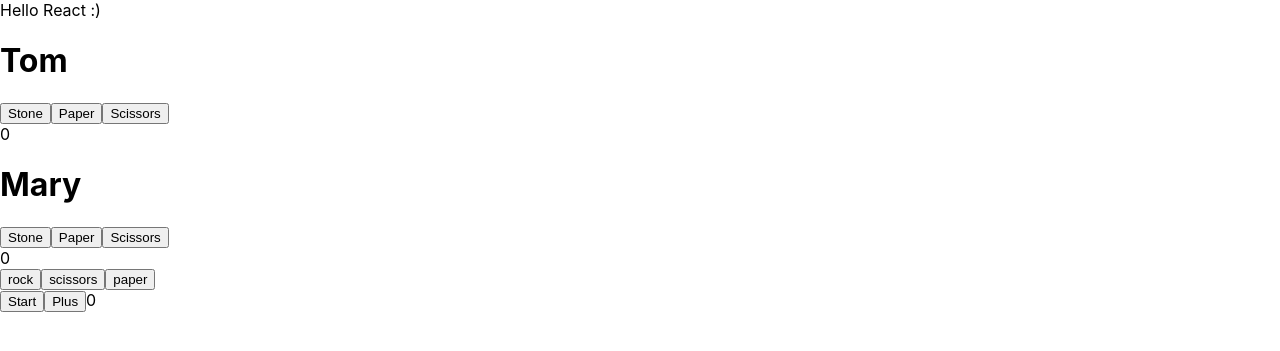
Repository: K009/Rock-Paper-Scissors
Page: /
These files come from the project's save history. The page is drawn as it stood at one moment and after a run of saves; the edit follows.
The browser window is 1280 px wide. The pictures show the whole page.
The project was rebuilt for these pictures with package versions that can differ from the ones it lists, and the page was loaded fresh each time. Also part of the build but not shown: src/App.css.

Above is the page before, as saved 2020-05-12 09:02:18.

After the next 2 saves:
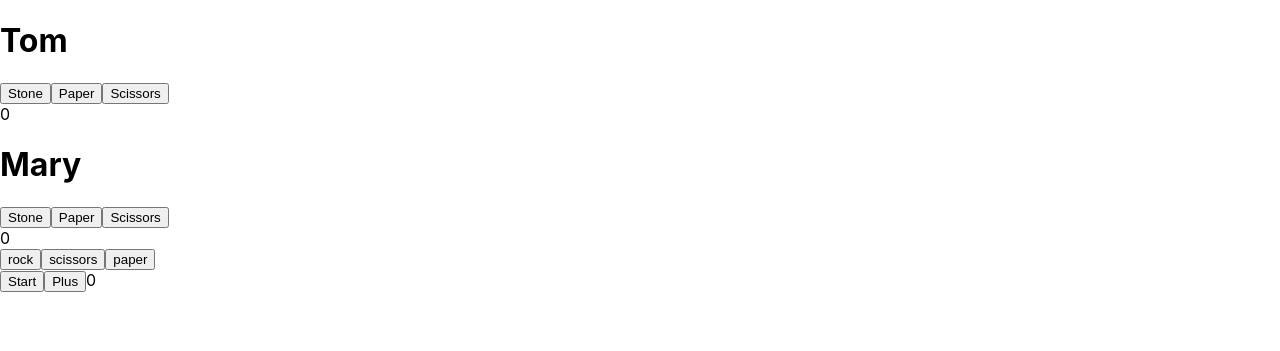
The 2 saves are shown as one change because they came seconds apart.
The last was saved 22 s later.
--- a/src/App.js
+++ b/src/App.js
@@ -2,10 +2,7 @@ import React, { Component } from "react";
 import "./App.css";
 import Player from "./components/Player";
 
-//Trzeba: ogarnac stany graczy jak wybieraja bron zeby funkcja selectWinner dobrze pokazywala :)
-
 const weapon = ["rock", "paper", "scissors"];
-const score = 0;
 
 class App extends Component {
   constructor() {
@@ -75,7 +72,6 @@ class App extends Component {
     const { playerOne, playerTwo, winner } = this.state;
     return (
       <div className="App">
-        Hello React :)
         <div className="Players">
           <Player playerName="Tom" weapon={playerOne} />
           <Player playerName="Mary" weapon={playerTwo} />
